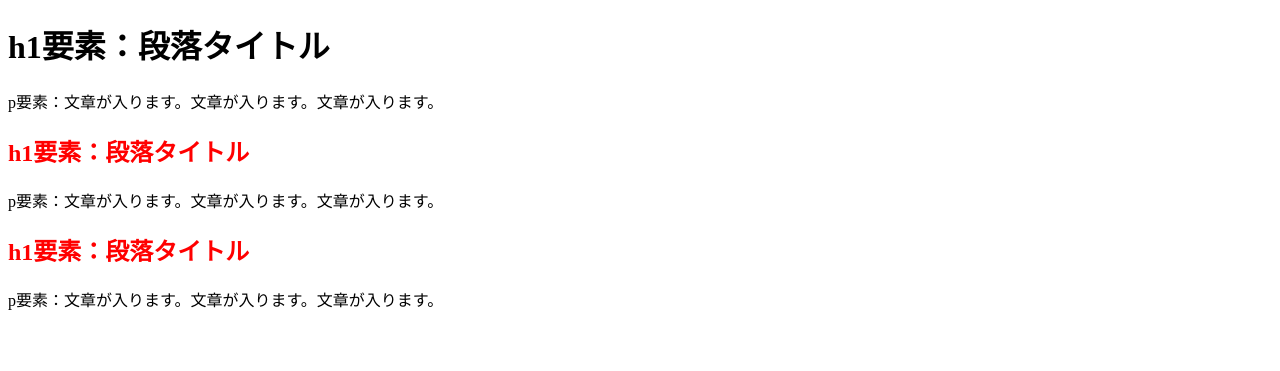
Repository: 0keiji0/samurai_HTML-CSS
Page: index2.html
The author's editor kept a record of every edit. The page is drawn from the files as they stood at one moment, then again after the next edit.
The browser window is 1280 px wide. The pictures show the whole page.

Above is the page before.

### index2.html
<!DOCTYPE html>
<html lang="ja">
<head>
    <meta charset="UTF-8">
    <meta name="viewport" content="width=device-width, initial-scale=1.0">
    <meta http-equiv="X-UA-Compatible" content="ie=edge">
    <title>HTML/CSSの学習</title>
    <style>
        h2{
            color: red;
        }
    </style>

</head>
<body>
<h1>h1要素：段落タイトル</h1>
<p>p要素：文章が入ります。文章が入ります。文章が入ります。</p>
<h2>h1要素：段落タイトル</h2>
<p>p要素：文章が入ります。文章が入ります。文章が入ります。</p>
<h2>h1要素：段落タイトル</h2>
<p>p要素：文章が入ります。文章が入ります。文章が入ります。</p>
</body>
</html>

After the next edit:
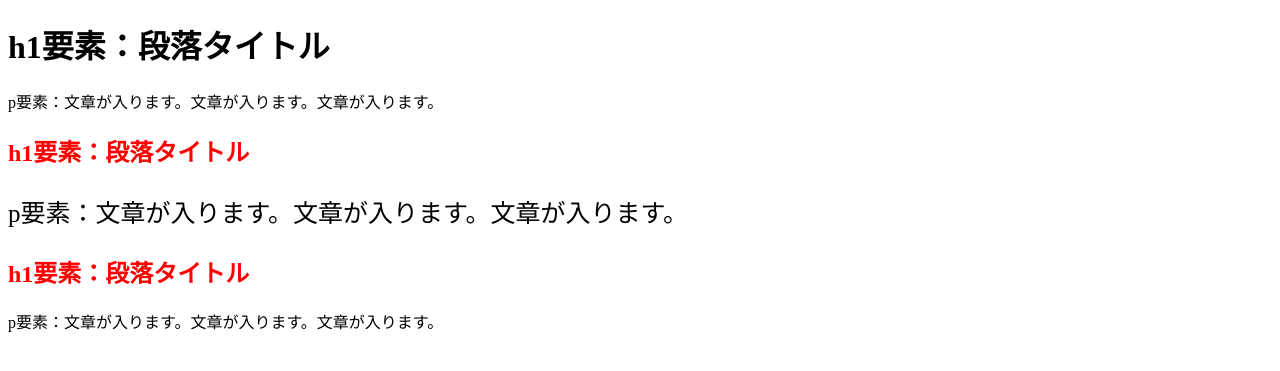
The edit:
--- a/index2.html
+++ b/index2.html
@@ -16,7 +16,9 @@
 <h1>h1要素：段落タイトル</h1>
 <p>p要素：文章が入ります。文章が入ります。文章が入ります。</p>
 <h2>h1要素：段落タイトル</h2>
-<p>p要素：文章が入ります。文章が入ります。文章が入ります。</p>
+<p style= "font-size: 25px;">
+    p要素：文章が入ります。文章が入ります。文章が入ります。
+    </p>
 <h2>h1要素：段落タイトル</h2>
 <p>p要素：文章が入ります。文章が入ります。文章が入ります。</p>
 </body>
